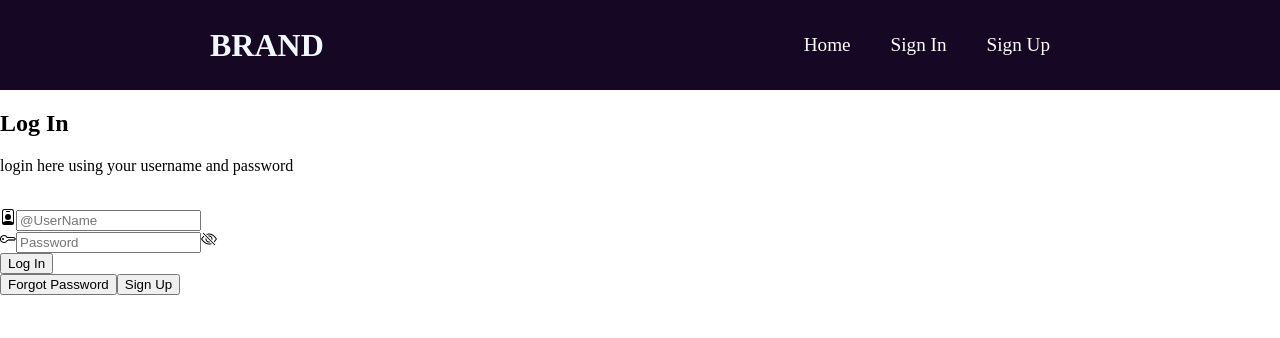
Repository: code-mtaani/ojwang-frontend
Page: /signup
The author's editor kept a copy of each file at every save. The page is drawn from the files as they stood at one save, then again after a run of saves.
The browser window is 1280 px wide. The pictures show the whole page.
The project was rebuilt for these pictures with package versions that can differ from the ones it lists, and the page was loaded fresh each time. Also part of the build but not shown: vite.config.ts, src/Pages/HomePage/Home.pages.tsx, src/Pages/SignIn/SignIn.pages.tsx.

Above is the page before, as saved 2023-02-01 10:11:15.

### src/App.tsx
import { BrowserRouter as Router, Routes, Route } from "react-router-dom";

import Navigation from "./Components/Nav";
import Home from './Pages/HomePage'
import SignIn from "./Pages/SignIn";
import SignUp from "./Pages/SignUp"

function App() {
  return (
    <Router>
      <div className="App">
        <Navigation />
        <Routes>
          <Route path="/" element={<Home />} />
          <Route path="/signin" element={<SignIn/>} />
          <Route path="/signup" element={<SignUp/>} />
        </Routes>
      </div>
    </Router>
  );
}

export default App;

### src/index.css
body {
  margin: 0;
  padding: 0;
  min-width: 320px;
  min-height: 100vh;
  box-sizing: border-box;
}

### src/Components/Nav/index.js
export {default} from './Navigation.component'

### src/Pages/HomePage/index.ts
export { default } from "./Home.pages";

### src/Pages/SignIn/index.ts
export { default } from './SignIn.pages'

### src/Pages/SignUp/index.ts
export {default} from './SignUp.pages'

### src/Components/Nav/Navigation.component.tsx
import React from "react";
import {Link} from "react-router-dom"
import './nav.css'

const Navigation = () => {
  return (
    <nav className="navbar">
      <div className="left">
        <h1><Link to="/"> BRAND </Link></h1>
      </div>

      <div className="right">
        <input type="checkbox" id="check" />
        <label htmlFor="check" className="checkBtn">
          <svg
            xmlns="http://www.w3.org/2000/svg"
            width="30"
            height="30"
            fill="currentColor"
            className="bi bi-justify"
            viewBox="0 0 16 16"
          >
            <path
              fill-rule="evenodd"
              d="M2 12.5a.5.5 0 0 1 .5-.5h11a.5.5 0 0 1 0 1h-11a.5.5 0 0 1-.5-.5zm0-3a.5.5 0 0 1 .5-.5h11a.5.5 0 0 1 0 1h-11a.5.5 0 0 1-.5-.5zm0-3a.5.5 0 0 1 .5-.5h11a.5.5 0 0 1 0 1h-11a.5.5 0 0 1-.5-.5zm0-3a.5.5 0 0 1 .5-.5h11a.5.5 0 0 1 0 1h-11a.5.5 0 0 1-.5-.5z"
            />
          </svg>
        </label>

        <ul className="list">
          <li> <Link to="/">Home</Link></li>
          <li> <Link to="/signin">Sign In</Link></li>
          <li> <Link to="signup">Sign Up</Link></li>
        </ul>
      </div>
    </nav>
  );
};

export default Navigation;

### src/Pages/SignUp/SignUp.pages.tsx
import React from "react";

const SignUp = () => {
  return (
    <div className="overlay">
      <form>
        {/* con = Container  for items in the form */}
        <div className="con">
          {/* <!--     Start  header Content  --> */}
          <header className="head-form">
            <h2>Log In</h2>
            {/* <!--     A welcome message or an explanation of the login form --> */}
            <p>login here using your username and password</p>
          </header>
          {/* End  header Content */}
          <br />
          <div className="field-set">
            {/*user name */}
            <span className="input-item">
              <svg
                xmlns="http://www.w3.org/2000/svg"
                width="16"
                height="16"
                fill="currentColor"
                className="bi bi-person-badge"
                viewBox="0 0 16 16"
              >
                <path d="M6.5 2a.5.5 0 0 0 0 1h3a.5.5 0 0 0 0-1h-3zM11 8a3 3 0 1 1-6 0 3 3 0 0 1 6 0z" />
                <path d="M4.5 0A2.5 2.5 0 0 0 2 2.5V14a2 2 0 0 0 2 2h8a2 2 0 0 0 2-2V2.5A2.5 2.5 0 0 0 11.5 0h-7zM3 2.5A1.5 1.5 0 0 1 4.5 1h7A1.5 1.5 0 0 1 13 2.5v10.795a4.2 4.2 0 0 0-.776-.492C11.392 12.387 10.063 12 8 12s-3.392.387-4.224.803a4.2 4.2 0 0 0-.776.492V2.5z" />
              </svg>
            </span>
            {/* user name Input */}
            <input
              className="form-input"
              id="txt-input"
              type="text"
              placeholder="@UserName"
              required
            />

            <br />

            {/*Password */}

            <span className="input-item">
              <svg
                xmlns="http://www.w3.org/2000/svg"
                width="16"
                height="16"
                fill="currentColor"
                className="bi bi-key"
                viewBox="0 0 16 16"
              >
                <path d="M0 8a4 4 0 0 1 7.465-2H14a.5.5 0 0 1 .354.146l1.5 1.5a.5.5 0 0 1 0 .708l-1.5 1.5a.5.5 0 0 1-.708 0L13 9.207l-.646.647a.5.5 0 0 1-.708 0L11 9.207l-.646.647a.5.5 0 0 1-.708 0L9 9.207l-.646.647A.5.5 0 0 1 8 10h-.535A4 4 0 0 1 0 8zm4-3a3 3 0 1 0 2.712 4.285A.5.5 0 0 1 7.163 9h.63l.853-.854a.5.5 0 0 1 .708 0l.646.647.646-.647a.5.5 0 0 1 .708 0l.646.647.646-.647a.5.5 0 0 1 .708 0l.646.647.793-.793-1-1h-6.63a.5.5 0 0 1-.451-.285A3 3 0 0 0 4 5z" />
                <path d="M4 8a1 1 0 1 1-2 0 1 1 0 0 1 2 0z" />
              </svg>
            </span>
            {/*Password Input */}
            <input
              className="form-input"
              type="password"
              placeholder="Password"
              id="pwd"
              name="password"
              required
            />

            {/*  Show/hide password */}
            <span>
              <svg
                xmlns="http://www.w3.org/2000/svg"
                width="16"
                height="16"
                fill="currentColor"
                className="bi bi-eye-slash"
                viewBox="0 0 16 16"
              >
                <path d="M13.359 11.238C15.06 9.72 16 8 16 8s-3-5.5-8-5.5a7.028 7.028 0 0 0-2.79.588l.77.771A5.944 5.944 0 0 1 8 3.5c2.12 0 3.879 1.168 5.168 2.457A13.134 13.134 0 0 1 14.828 8c-.058.087-.122.183-.195.288-.335.48-.83 1.12-1.465 1.755-.165.165-.337.328-.517.486l.708.709z" />
                <path d="M11.297 9.176a3.5 3.5 0 0 0-4.474-4.474l.823.823a2.5 2.5 0 0 1 2.829 2.829l.822.822zm-2.943 1.299.822.822a3.5 3.5 0 0 1-4.474-4.474l.823.823a2.5 2.5 0 0 0 2.829 2.829z" />
                <path d="M3.35 5.47c-.18.16-.353.322-.518.487A13.134 13.134 0 0 0 1.172 8l.195.288c.335.48.83 1.12 1.465 1.755C4.121 11.332 5.881 12.5 8 12.5c.716 0 1.39-.133 2.02-.36l.77.772A7.029 7.029 0 0 1 8 13.5C3 13.5 0 8 0 8s.939-1.721 2.641-3.238l.708.709zm10.296 8.884-12-12 .708-.708 12 12-.708.708z" />
              </svg>
            </span>

            <br />
            {/*  buttons */}
            {/*button LogIn */}
            <button className="log-in"> Log In </button>
          </div>

          {/* other buttons */}
          <div className="other">
            {/* Forgot Password button */}
            <button className="btn submits frgt-pass">Forgot Password</button>
            {/* Sign Up button */}
            <button className="btn submits sign-up">
              Sign Up
              {/* Sign Up font icon */}

            </button>
            {/* End Other the Division */}
          </div>

          {/* End Conrainer */}
        </div>

        {/* End Form */}
      </form>
    </div>
  );
};

export default SignUp;

### src/Components/Nav/nav.css
.navbar{
    background-color: rgb(22,7,36);
    display: flex;
    justify-content: space-around;
    align-items: center;
    /* line-height: 5rem; */
}

.left h1{
    font-size: 2rem;
    cursor: pointer;
}
.left h1 a{
    text-decoration: none;
    color: aliceblue;
}

.checkBtn{
    display: none;
}
#check{
    display: none;
}
.checkBtn{
    cursor: pointer;
    font-size: 30px;
    float: right;
    color: #ed1e79;
    line-height: 88px;
}

.right ul{
    display: flex;
    list-style: none;
}
.right ul li a {
    padding: 10px 20px;
    font-size: 1.2rem;
    color: white;
    cursor: pointer;
    text-decoration: none;
    transition: all 1s;
}

.right ul li a:hover{
    background-color: #fff;
    border-radius: 7px;
    color: rgb(22, 7, 36);
    margin-left: 4px ;
    margin-right: 4px ;
}

/* ================================== Media Queries=================================================== */

@media screen and (max-width:805px){
    .list{
        width: 100%;
        height: 100vh;
        background-color: rgb(22, 7, 36);
        text-align: center;
        display: flex;
        flex-direction: column;
        position: fixed;
        top: 5rem;
        left: 100%;
        transition: all 1s;
    }

    #check{
        display: none;
    }
    .checkBtn{
        display: block;
    }
    #check:checked~ul{
        left: 0%
    }
}

Loaded but not shown: index.html (common file); src/main.tsx (common file)

After the next 2 saves:
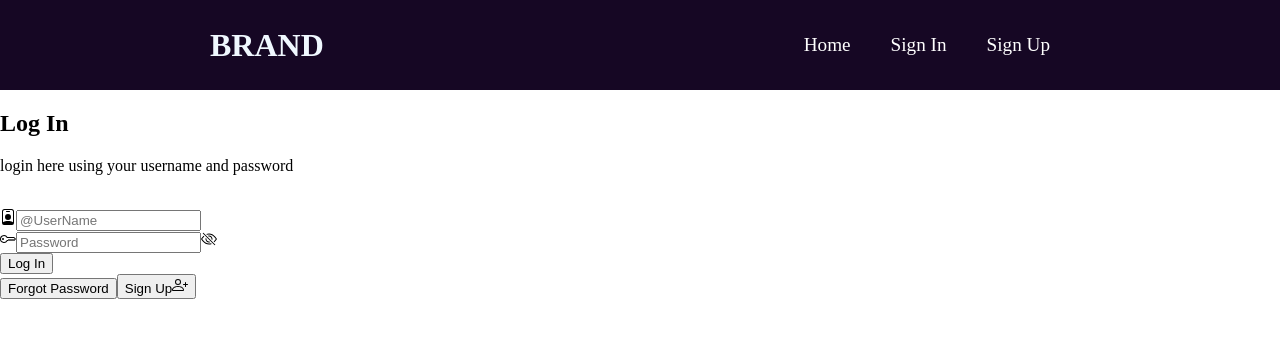
The 2 saves are shown as one change because they came seconds apart.
The last was saved 7 s later.
--- a/src/Pages/SignUp/SignUp.pages.tsx
+++ b/src/Pages/SignUp/SignUp.pages.tsx
@@ -95,7 +95,20 @@ const SignUp = () => {
             <button className="btn submits sign-up">
               Sign Up
               {/* Sign Up font icon */}
-
+              <svg
+                xmlns="http://www.w3.org/2000/svg"
+                width="16"
+                height="16"
+                fill="currentColor"
+                class="bi bi-person-plus"
+                viewBox="0 0 16 16"
+              >
+                <path d="M6 8a3 3 0 1 0 0-6 3 3 0 0 0 0 6zm2-3a2 2 0 1 1-4 0 2 2 0 0 1 4 0zm4 8c0 1-1 1-1 1H1s-1 0-1-1 1-4 6-4 6 3 6 4zm-1-.004c-.001-.246-.154-.986-.832-1.664C9.516 10.68 8.289 10 6 10c-2.29 0-3.516.68-4.168 1.332-.678.678-.83 1.418-.832 1.664h10z" />
+                <path
+                  fill-rule="evenodd"
+                  d="M13.5 5a.5.5 0 0 1 .5.5V7h1.5a.5.5 0 0 1 0 1H14v1.5a.5.5 0 0 1-1 0V8h-1.5a.5.5 0 0 1 0-1H13V5.5a.5.5 0 0 1 .5-.5z"
+                />
+              </svg>
             </button>
             {/* End Other the Division */}
           </div>
